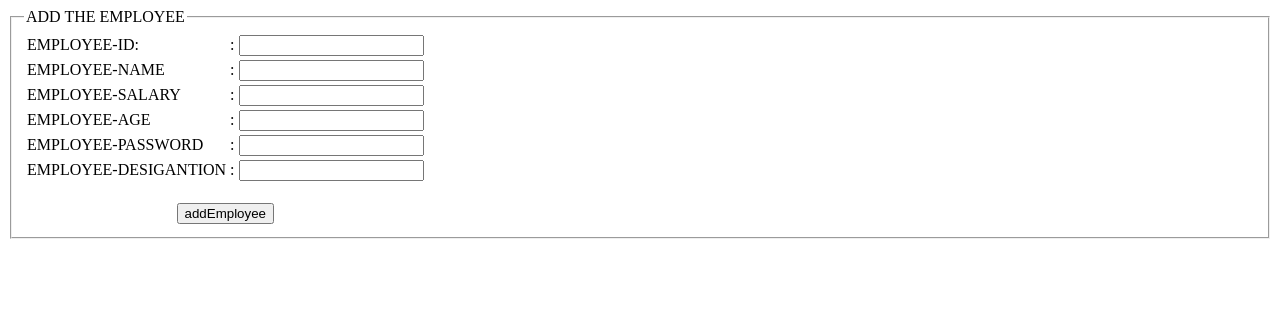
Repository: 81akshucaptain/TY_CG_HTD_BangloreNovember_JFS_AkahaykumarAgasanalli
Page: http://localhost/mywebapp/addEmpJsp.jsp
The author's editor kept a copy of each file at every save. The page is drawn from the files as they stood at one save, then again after the next save.
The browser window is 1280 px wide. The pictures show the whole page.
The page is served by Tomcat 9. Other server files are loaded and not shown.

Above is the page before, as saved 2019-12-18 07:09:07.

### Akshay-BACK end codes/Servlet/mywebapp/src/main/webapp/addEmpJsp.jsp
<%@ page language="java" contentType="text/html; charset=ISO-8859-1"
    pageEncoding="ISO-8859-1"%>
<!DOCTYPE html>
<html>
<head>
<meta charset="ISO-8859-1">
<title>Insert title here</title>
</head>
<body>
<fieldset>
		<legend>ADD THE EMPLOYEE</legend>

		<form action="./addEmployee" method="post">
			<table>
				<tr>

					<td>EMPLOYEE-ID:</td>
					<td>:</td>
					<td><input type="number" name="empId"></td>
				</tr>

				<tr>
					<td>EMPLOYEE-NAME</td>
					<td>:</td>
					<td><input type="text" name="name"></td>
				</tr>

				<tr>
					<td>EMPLOYEE-SALARY</td>
					<td>:</td>
					<td><input type="number" name="salary"></td>
				</tr>

				<tr>
					<td>EMPLOYEE-AGE</td>
					<td>:</td>
					<td><input type="number" name="age"></td>
				</tr>
				<tr>
					<td>EMPLOYEE-PASSWORD</td>
					<td>:</td>
					<td><input type="text" name="password"></td>
				</tr>
				<tr>
					<td>EMPLOYEE-DESIGANTION</td>
					<td>:</td>
					<td><input type="text" name="designation"></td>
				</tr>
				<tr>
					<td colspan="3" align="center"><br> <input type="submit"
						value="addEmployee"></td>
				</tr>
			</table>
		</form>
	</fieldset>

</body>
</html>

After the next save:
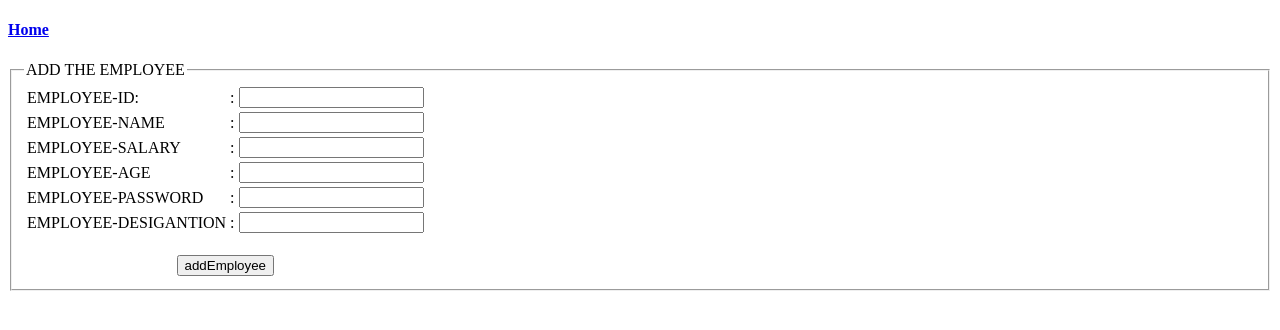
Saved 3 min 24 s later.
--- a/Akshay-BACK end codes/Servlet/mywebapp/src/main/webapp/addEmpJsp.jsp
+++ b/Akshay-BACK end codes/Servlet/mywebapp/src/main/webapp/addEmpJsp.jsp
@@ -1,5 +1,9 @@
 <%@ page language="java" contentType="text/html; charset=ISO-8859-1"
-    pageEncoding="ISO-8859-1"%>
+	pageEncoding="ISO-8859-1"%>
+<%@ page session="false"%>
+<%
+	String msg = (String) request.getAttribute("msg");
+%>
 <!DOCTYPE html>
 <html>
 <head>
@@ -7,7 +11,10 @@
 <title>Insert title here</title>
 </head>
 <body>
-<fieldset>
+	<h4>
+		<a href="./home"> Home</a>
+	</h4>
+	<fieldset>
 		<legend>ADD THE EMPLOYEE</legend>
 
 		<form action="./addEmployee" method="post">
@@ -53,6 +60,9 @@
 			</table>
 		</form>
 	</fieldset>
+	<% if(msg!=null && !msg.isEmpty()){ %>
+	<h3 style='color:navy'><%=msg %></h3>
+	<%} %>
 
 </body>
 </html>
